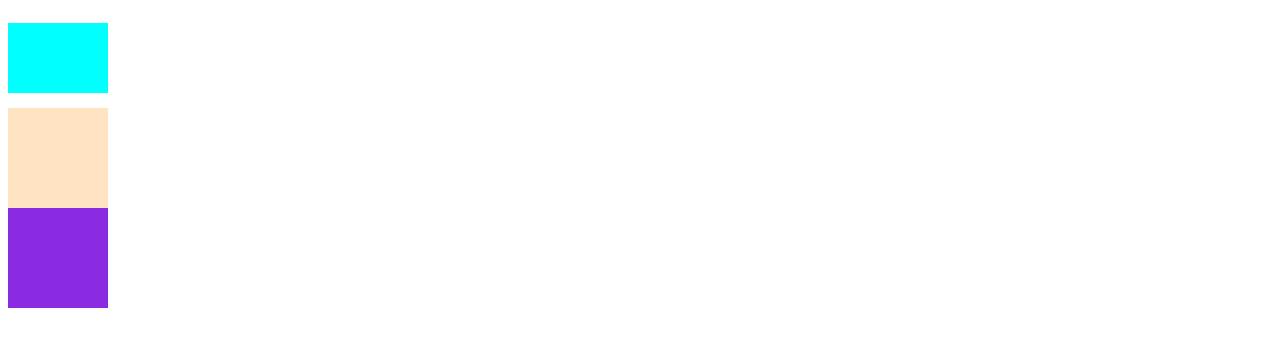
Repository: northpx/animation
Page: index.html
An editor plug-in stored every save of this project. The page is shown before and after the next save, followed by the edit.
The browser window is 1280 px wide. The pictures show the whole page.

Above is the page before, as saved 2022-12-19 19:18:28.

After the next save:
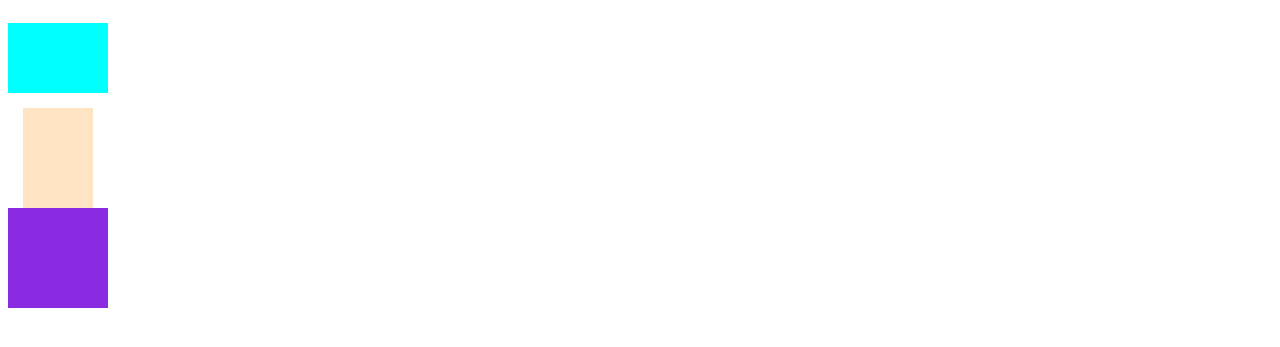
Saved 11 s later.
--- a/style.css
+++ b/style.css
@@ -9,7 +9,7 @@
     width: 100px;
     height: 100px;
     background-color: bisque;
-    transform: rotateY(-deg);
+    transform: rotateY(-45deg);
 }
 
 .box3{
